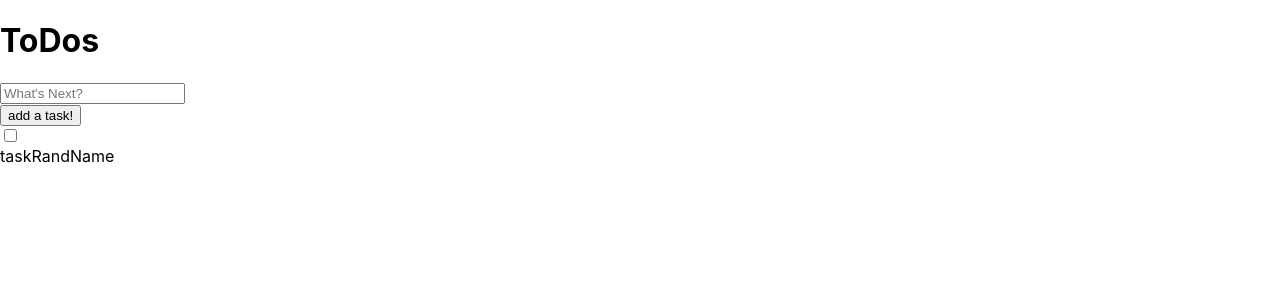
Repository: shuroo/FECourse-final-ex-todos
Page: /
The author's editor kept a copy of each file at every save. The page is drawn from the files as they stood at one save, then again after the next save.
The browser window is 1280 px wide. The pictures show the whole page.
The project was rebuilt for these pictures with package versions that can differ from the ones it lists, and the page was loaded fresh each time. Also part of the build but not shown: src/App.css.

Above is the page before, as saved 2021-08-03 13:40:21.

After the next save:
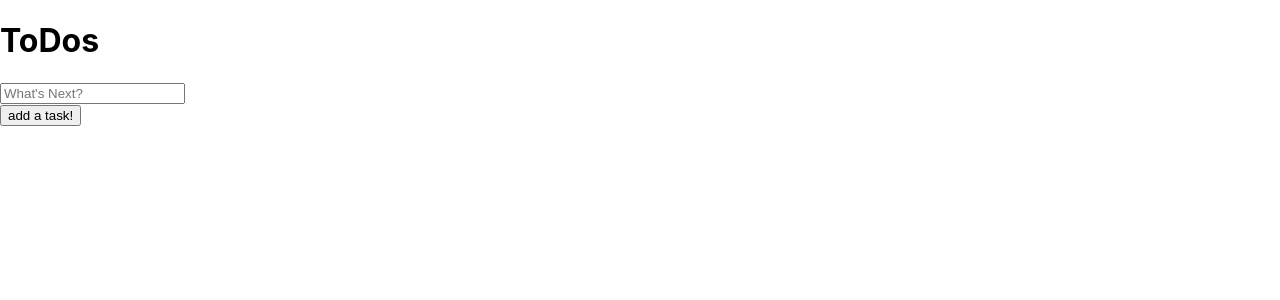
Saved 46 s later.
--- a/src/pages/HomePage.jsx
+++ b/src/pages/HomePage.jsx
@@ -7,7 +7,7 @@ import TaskModel from '../model/TaskModel';
 
 function HomePage(){
 
-    const [tasks, setTasks] = useState([new TaskModel("taskRandName",false)]);
+    const [tasks, setTasks] = useState([]);
 
     function updateTasks(newTasks){
         setTasks(newTasks);
